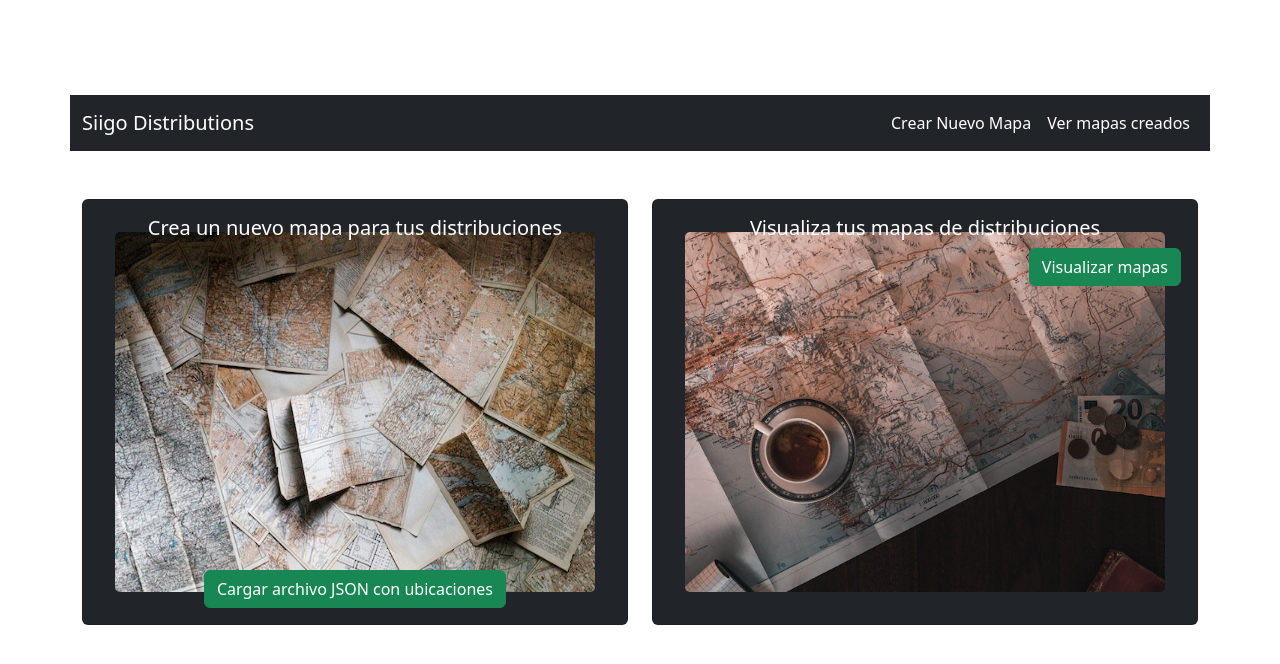
Repository: DevArthuro/Siigo-Distributions
Page: / (app in frontend/)
An editor plug-in stored every save of this project. The page is shown before and after the next save, followed by the edit.
The browser window is 1280 px wide. The pictures show the whole page.
The project was rebuilt for these pictures with package versions that can differ from the ones it lists, and the page was loaded fresh each time. Also part of the build but not shown: frontend/vite.config.js, frontend/src/stores/useGraphSpeccifictMap.js, frontend/src/components/TableToManageMap.vue, frontend/src/views/WhatchSpecifictMap.vue.

Above is the page before, as saved 2023-09-27 08:44:16.

### frontend/src/main.js
import { createApp } from 'vue'
import './style.css'
import App from './App.vue'

// Manage to routes
import routes from './routes'

// Import libraries to bootstrap in the folder node_modules
import 'bootstrap/dist/css/bootstrap.min.css'
import 'bootstrap/dist/js/bootstrap.bundle'

// Manage central for components
import {createPinia} from 'pinia'
import persistence from 'pinia-plugin-persistence'

const pinia = createPinia()

pinia.use(persistence)

const app = createApp(App)
app.use(pinia)
app.use(routes)

app.mount('#app')

### frontend/src/App.vue
<template>
    <router-view/>
</template>

### frontend/src/routes/index.js
import {createRouter, createWebHistory} from 'vue-router';
import dashboard from '../views/DashBoard.vue';
import wathchMaps from '../views/WhatchSpecifictMap.vue'

const routes = [
    {
        path: '/',
        name: 'DashBoard',
        component: dashboard
    },
    {
        path: '/ver-mapas/',
        name: 'Watch-Maps',
        component: wathchMaps
    }
];

const router = createRouter({
    history: createWebHistory(),
    routes
});

export default router;

### frontend/src/views/DashBoard.vue
<template>
    <navbar/>
    <div class="container mt-5">
        <div class="row">
            <CardCreateMap/>
            <CardWatchMap/>
        </div>
    </div>
</template>

<script setup>

import navbar from '../components/Navbar.vue'
import CardCreateMap from '../components/CardToCreateMap.vue'
import CardWatchMap from '../components/CardToShowMaps.vue'
</script>

### frontend/src/components/Navbar.vue
<template>
    <nav class="navbar navbar-expand-lg navbar-dark bg-dark">
        <div class="container-fluid">
          <router-link class="navbar-brand" :to="backViewDashBoard">Siigo Distributions</router-link>
          <button class="navbar-toggler" type="button" data-bs-toggle="collapse" data-bs-target="#navbarNavAltMarkup" aria-controls="navbarNavAltMarkup" aria-expanded="false" aria-label="Toggle navigation">
            <span class="navbar-toggler-icon"></span>
          </button>
          <div class="collapse navbar-collapse justify-content-end" id="navbarNavAltMarkup">
            <div class="navbar-nav">
              <a class="nav-link active" aria-current="page" href="#">Crear Nuevo Mapa</a>
              <router-link class="nav-link active" aria-current="page" :to="nextViewWatchMaps">Ver mapas creados</router-link>
            </div>
          </div>
        </div>
      </nav>
</template>

<script setup>

import {useRouter} from 'vue-router'

const router = useRouter()

const nextViewWatchMaps = {
  name: 'Watch-Maps'
}

const backViewDashBoard = {
  name: 'DashBoard'
}

</script>

### frontend/src/components/CardToCreateMap.vue
<template>
    <div class="col-6">
        <div class="card bg-dark text-white">
            <img src="create_to_map.jpg" class="card-img" alt="create_to_map" height="360"/>
            <div class="card-img-overlay d-flex flex-column">
                <h5 class="card-title">Crea un nuevo mapa para tus distribuciones</h5>
                <div class="mt-auto">
                    <button class="btn btn-success">Cargar archivo JSON con ubicaciones</button>
                </div>
            </div>
        </div>
    </div>

</template>

### frontend/src/components/CardToShowMaps.vue
<template>
    <div class="col-6">
        <div class="card bg-dark text-white">
            <img src="watch_to_map.jpg" class="card-img" alt="watch_to_map" height="360"/>
            <div class="card-img-overlay">
              <h5 class="card-title">Visualiza tus mapas de distribuciones</h5>
              <div class="text-end">
                <button class="btn btn-success">Visualizar mapas</button>
              </div>
            </div>
          </div>
    </div>
</template>

Loaded but not shown: frontend/index.html (common file); frontend/src/style.css (common file)

After the next save:
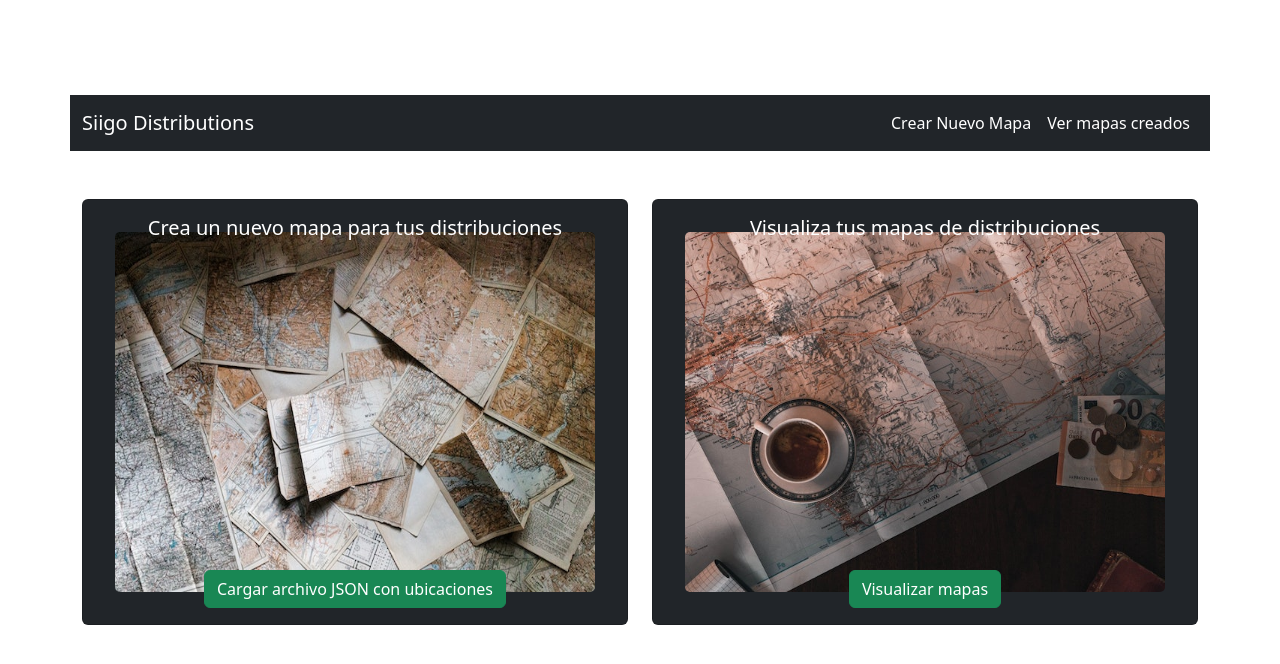
Saved 77 s later.
--- a/frontend/src/components/CardToShowMaps.vue
+++ b/frontend/src/components/CardToShowMaps.vue
@@ -2,9 +2,9 @@
     <div class="col-6">
         <div class="card bg-dark text-white">
             <img src="watch_to_map.jpg" class="card-img" alt="watch_to_map" height="360"/>
-            <div class="card-img-overlay">
+            <div class="card-img-overlay d-flex flex-column">
               <h5 class="card-title">Visualiza tus mapas de distribuciones</h5>
-              <div class="text-end">
+              <div class="mt-auto">
                 <button class="btn btn-success">Visualizar mapas</button>
               </div>
             </div>
